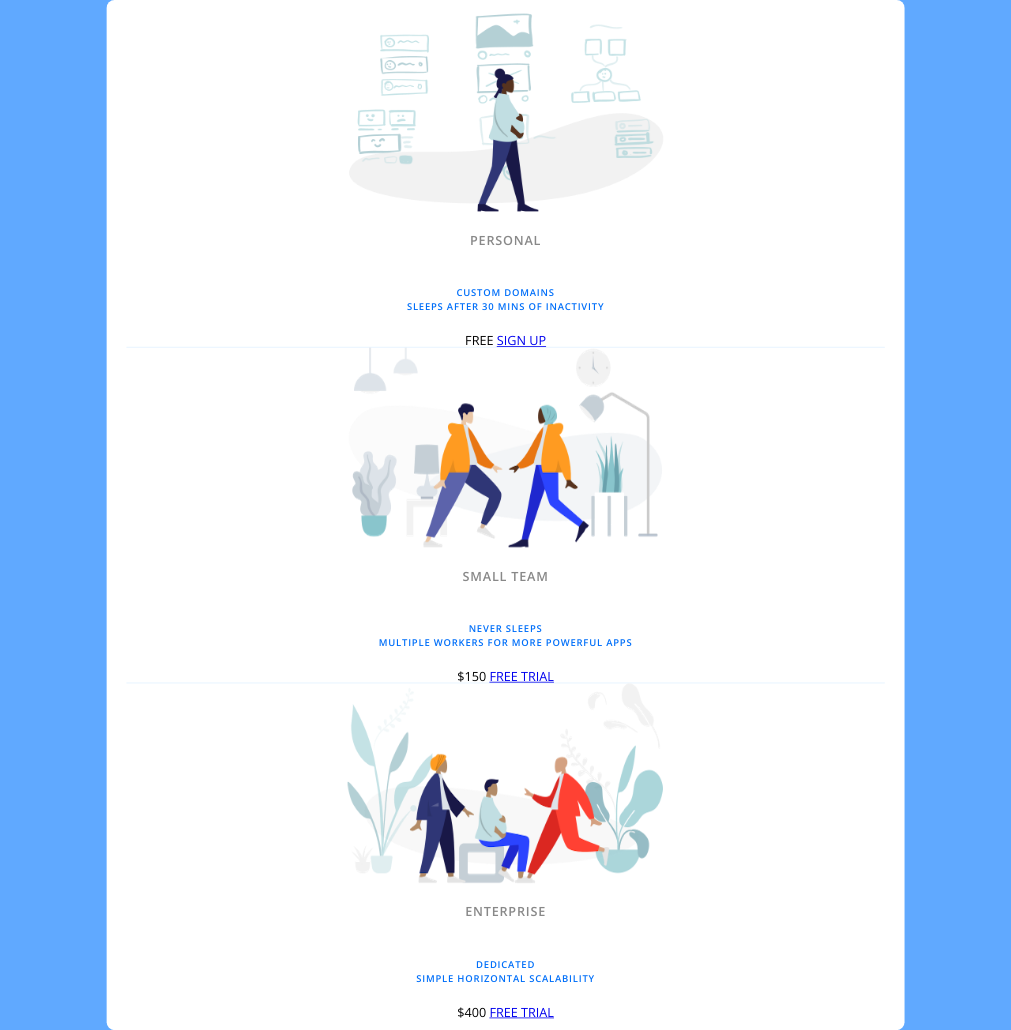
Repository: patrik-fredlund/pricing_panel_udemy
Page: PriceTableStarter/index.html
An editor plug-in stored every save of this project. The page is shown before and after the next save, followed by the edit.
The browser window is 1280 px wide. The pictures show the whole page, at 79% of full size.

Above is the page before, as saved 2021-06-27 13:39:29.

### PriceTableStarter/index.html
<!DOCTYPE html>
<html lang="en">

<head>
    <meta charset="UTF-8">
    <meta name="viewport" content="width=device-width, initial-scale=1.0">
    <title>Price Tiers</title>
    <link rel="stylesheet" href="https://fonts.googleapis.com/css?family=Open+Sans:400,600,700">
    <link rel="stylesheet" href="app.css">
</head>

<body>
    <div class="panel pricing-table">

        <div class="pricing-plan">
            <img src="icons/icon1.png" alt="" class="pricing-img">
            <h2 class="pricing-header">Personal</h2>
            <ul class="pricing-features">
                <li class="pricing-features-item">Custom domains</li>
                <li class="pricing-features-item">Sleeps after 30 mins of inactivity</li>
            </ul>
            <span class="pricing-price">Free</span>
            <a href="#/" class="pricing-button">Sign up</a>
        </div>

        <div class="pricing-plan">
            <img src="icons/icon2.png" alt="" class="pricing-img">
            <h2 class="pricing-header">Small team</h2>
            <ul class="pricing-features">
                <li class="pricing-features-item">Never sleeps</li>
                <li class="pricing-features-item">Multiple workers for more powerful apps</li>
            </ul>
            <span class="pricing-price">$150</span>
            <a href="#/" class="pricing-button is-featured">Free trial</a>
        </div>

        <div class="pricing-plan">
            <img src="icons/icon3.png" alt="" class="pricing-img">
            <h2 class="pricing-header">Enterprise</h2>
            <ul class="pricing-features">
                <li class="pricing-features-item">Dedicated</li>
                <li class="pricing-features-item">Simple horizontal scalability</li>
            </ul>
            <span class="pricing-price">$400</span>
            <a href="#/" class="pricing-button">Free trial</a>
        </div>

    </div>

</body>

</html>

### PriceTableStarter/app.css
/* http://meyerweb.com/eric/tools/css/reset/
   v2.0 | 20110126
   License: none (public domain)
*/

/* ---------------css reset------------------ */

html, body, div, span, applet, object, iframe,
h1, h2, h3, h4, h5, h6, p, blockquote, pre,
a, abbr, acronym, address, big, cite, code,
del, dfn, em, img, ins, kbd, q, s, samp,
small, strike, strong, sub, sup, tt, var,
b, u, i, center,
dl, dt, dd, ol, ul, li,
fieldset, form, label, legend,
table, caption, tbody, tfoot, thead, tr, th, td,
article, aside, canvas, details, embed,
figure, figcaption, footer, header, hgroup,
menu, nav, output, ruby, section, summary,
time, mark, audio, video {
	margin: 0;
	padding: 0;
	border: 0;
	font-size: 100%;
	font: inherit;
	vertical-align: baseline;
}
/* HTML5 display-role reset for older browsers */
article, aside, details, figcaption, figure,
footer, header, hgroup, menu, nav, section {
	display: block;
}
body {
	line-height: 1;
}
ol, ul {
	list-style: none;
}
blockquote, q {
	quotes: none;
}
blockquote:before, blockquote:after,
q:before, q:after {
	content: '';
	content: none;
}
table {
	border-collapse: collapse;
	border-spacing: 0;
}


/* ------------------------------------------- */

html {
    box-sizing: border-box;
    font-family: 'Open Sans', sans-serif;
}

body {
    background-color: #60a9ff;
    display: flex;
    justify-content: center;
    align-items: center;
    min-height: 100vh;
}

.panel {
    background-color: white;
    border-radius: 10px;
    padding: 15px 25px;
    width: 100%;
    max-width: 960px;
    display: flex;
    flex-direction: column;
    text-align: center;
    text-transform: uppercase;
}

.pricing-plan {
    border-bottom: 1px solid #e1f1ff;
}

.pricing-plan:last-child {
    border-bottom: none;
}

.pricing-img {
    margin-bottom: 25px;
    /* width: 100%; */
    max-width: 100%;
}

.pricing-header {
    color: #888;
    font-weight: 600;
    letter-spacing: 1px;
}

.pricing-features {
    margin: 50px 0 25px;
    color: #016ff9;
}

.pricing-features-item {
    font-weight: 600;
    letter-spacing: 1px;
    font-size: 12px;
    line-height: 1.5;
}

After the next save:
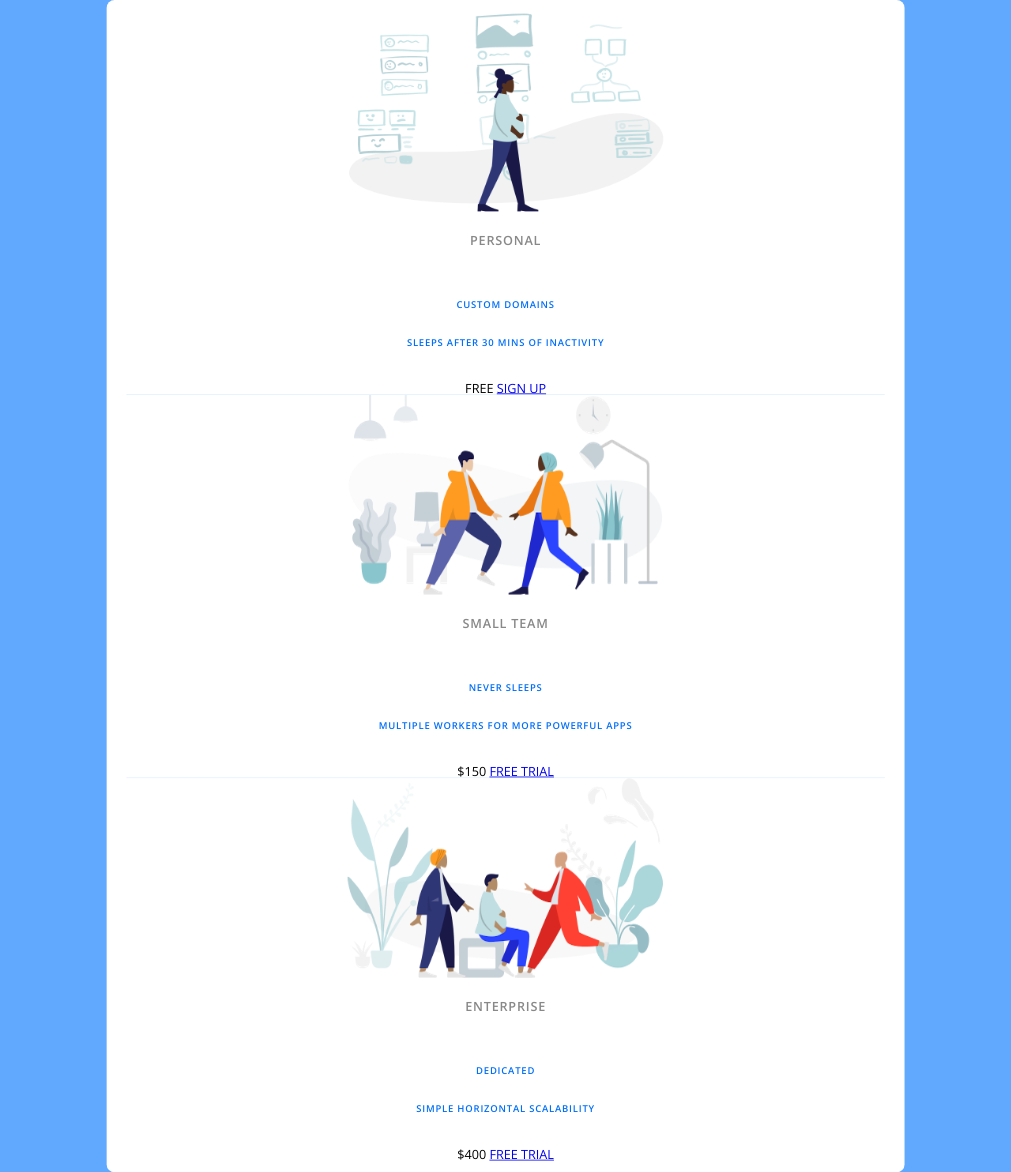
Saved 25 s later.
--- a/PriceTableStarter/app.css
+++ b/PriceTableStarter/app.css
@@ -107,4 +107,5 @@ body {
     letter-spacing: 1px;
     font-size: 12px;
     line-height: 1.5;
-}
+    padding: 15px 0;
+    }
